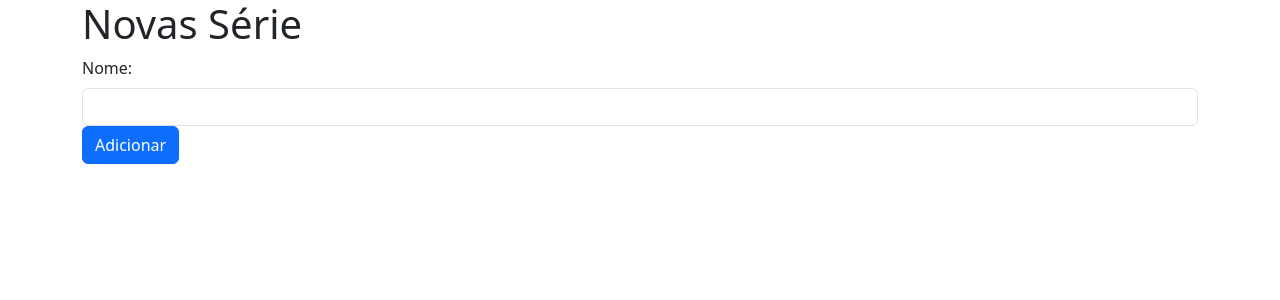
Repository: joaoDelaGracia/laravelTeste
Page: http://localhost/series/criar
These files come from the project's save history. The page is drawn as it stood at one moment and after a run of saves; the edit follows.
The browser window is 1280 px wide. The pictures show the whole page.
The page is served by the project's Laravel application, run on PHP 8.4 with Laravel 12. Style sheets and scripts are compiled from the project's sources, by tool versions that may differ from the author's.

Above is the page before, as saved 2025-05-26 13:25:34.

After the next 2 saves:
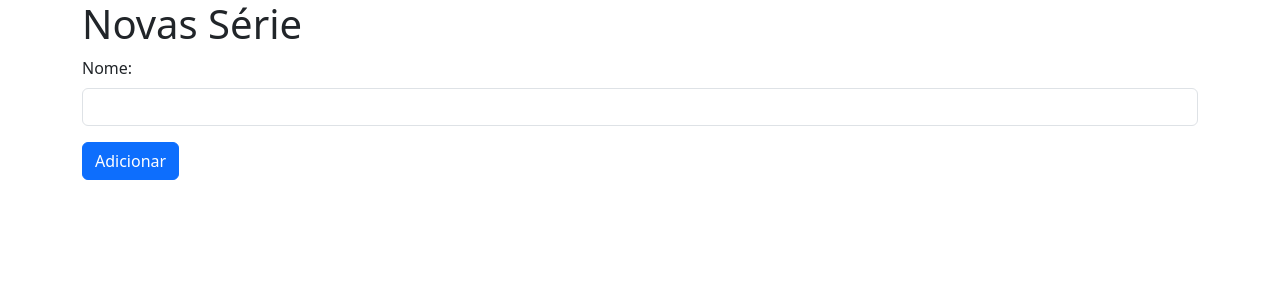
The 2 saves are shown as one change because they came seconds apart.
The last was saved 14 s later.
--- a/resources/views/series/create.blade.php
+++ b/resources/views/series/create.blade.php
@@ -1,7 +1,7 @@
 <x-layout title="Novas Série">
-    <form class="mb-3" action="/series/salvar" method="post">
+    <form action="/series/salvar" method="post">
         @csrf
-        <div class="form-group">
+        <div class="form-group mb-3">
             <label class="form-label" for="nome">Nome:</label>
             <input class="form-control" type="text" id="nome" name="nome">
         </div>
